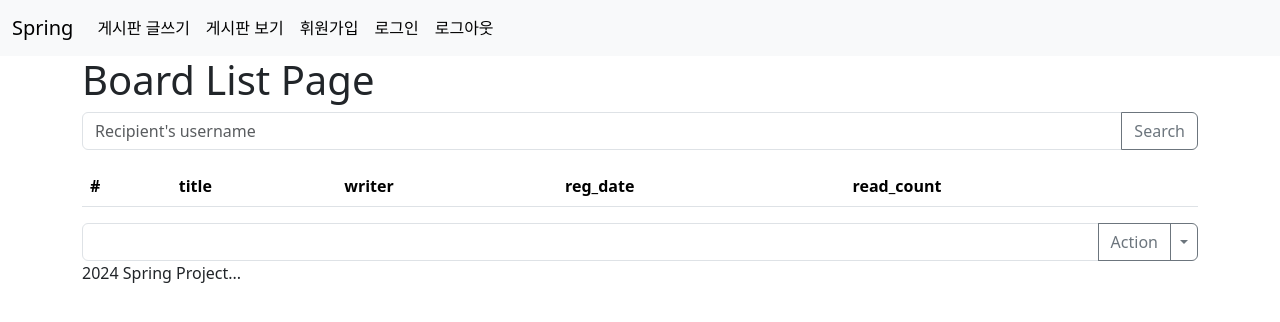
Repository: dlfhrrl12/springtest
Page: http://localhost/spring_study/WEB-INF/views/board/list.jsp
An editor plug-in stored every save of this project. The page is shown before and after the next save, followed by the edit.
The browser window is 1280 px wide. The pictures show the whole page.
The page is served by Tomcat 9. Nobody is signed in. The template is opened directly, without the code that normally fills it, so the values that code supplies are empty.

Above is the page before, as saved 2024-04-24 08:15:10.

After the next save:
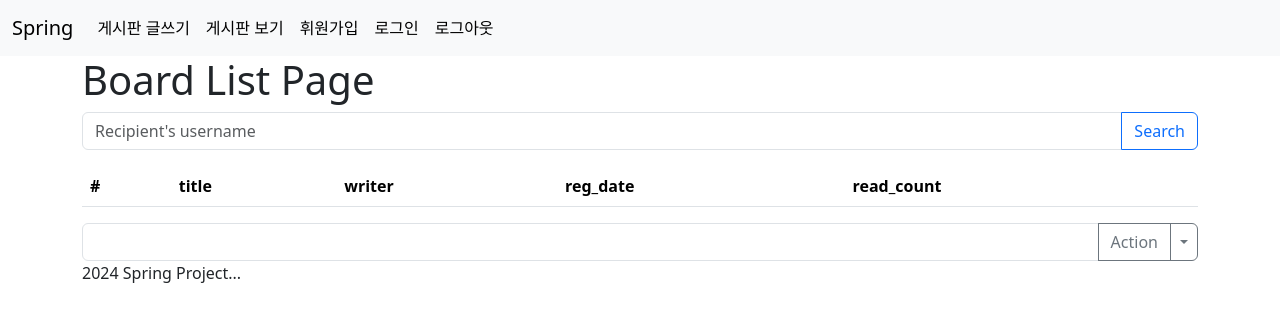
Saved 79 s later.
--- a/spring_study/src/main/webapp/WEB-INF/views/board/list.jsp
+++ b/spring_study/src/main/webapp/WEB-INF/views/board/list.jsp
@@ -9,7 +9,7 @@
 	<form action="">
 		<div class="input-group mb-3">
 		  <input type="text" class="form-control" placeholder="Recipient's username" aria-label="Recipient's username" aria-describedby="button-addon2">
-		  <button class="btn btn-outline-secondary" type="button" id="button-addon2">Search</button>
+		  <button type="button" class="btn btn-outline-primary" id="button-addon2">Search</button>
 		</div>
 	</form>
 
